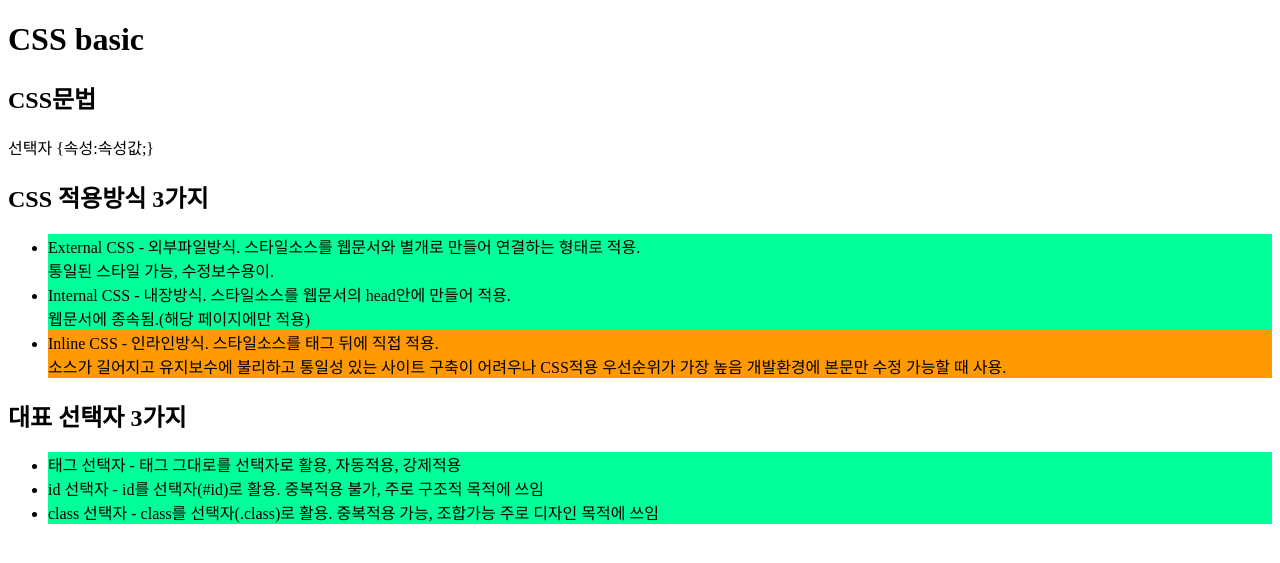
Repository: Git-Seokcoding/WEB
Page: CSS3/src/main/webapp/basic.html
An editor plug-in stored every save of this project. The page is shown before and after the next save, followed by the edit.
The browser window is 1280 px wide. The pictures show the whole page.

Above is the page before, as saved 2023-10-12 08:05:58.

After the next save:
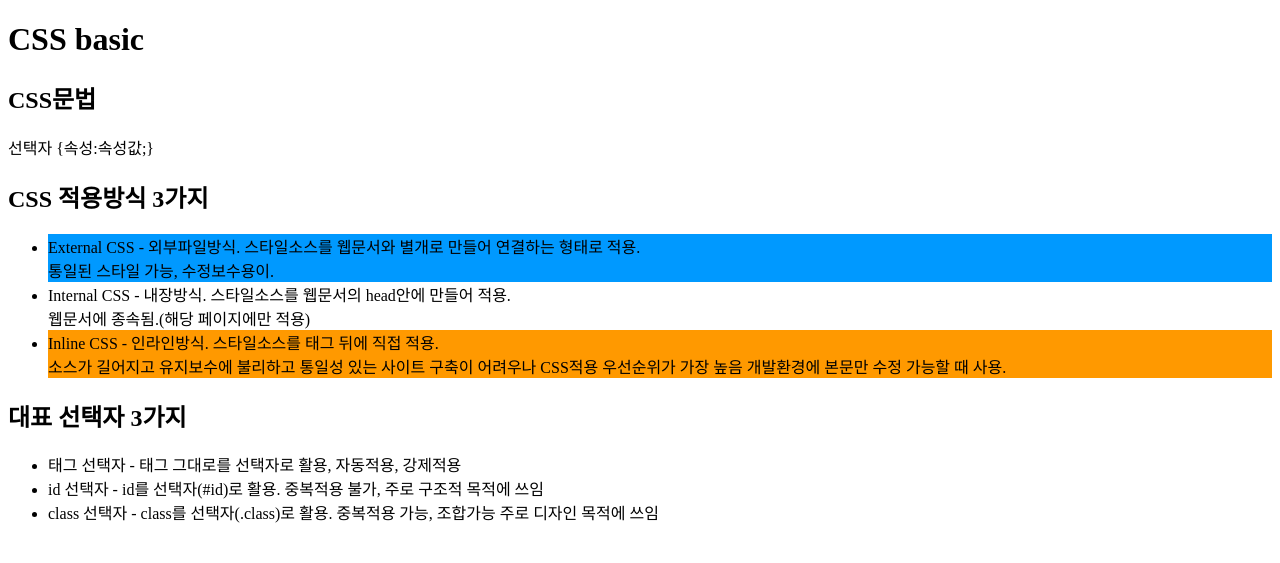
Saved 2 min 46 s later.
--- a/CSS3/src/main/webapp/basic.html
+++ b/CSS3/src/main/webapp/basic.html
@@ -3,7 +3,8 @@
 <head>
 <meta charset="UTF-8">
 <title>CSS basic</title>
-	<style type="text/css">
+	<link href="basic.css" rel="stylesheet"><!-- 	external css방식 -->
+	<style type="text/css"><!-- internal css방식 -->
 		li{background-color:#0f9;}
 	</style>
 </head>
